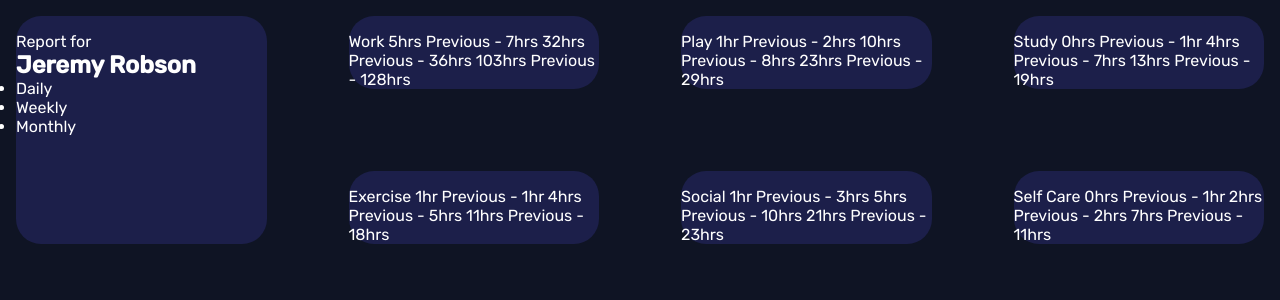
Repository: 3mr-5aled/time-tracking-dashboard-Junior
Page: index.html
The author's editor kept a copy of each file at every save. The page is drawn from the files as they stood at one save, then again after the next save.
The browser window is 1280 px wide. The pictures show the whole page.

Above is the page before, as saved 2022-12-27 15:36:28.

### index.html
<!DOCTYPE html>
<html lang="en">
  <head>
    <meta charset="UTF-8" />
    <meta name="viewport" content="width=device-width, initial-scale=1.0" />
    <!-- displays site properly based on user's device -->

    <link
      rel="icon"
      type="image/png"
      sizes="32x32"
      href="./images/favicon-32x32.png"
    />
    <link rel="stylesheet" href="style.css" />

    <title>Frontend Mentor | Time tracking dashboard</title>

    <!-- Feel free to remove these styles or customise in your own stylesheet 👍 -->
    <style>
      .attribution {
        display: none;
        font-size: 11px;
        text-align: center;
      }
      .attribution a {
        color: hsl(228, 45%, 44%);
      }
    </style>
  </head>
  <body>
    <div class="main">
      <div class="user">
        <p>Report for</p>
        <h2>Jeremy Robson</h2>
        <div class="filter">
          <ul>
            <li>Daily</li>
            <li>Weekly</li>
            <li>Monthly</li>
          </ul>
        </div>
      </div>
      <div class="work">
        Work 5hrs
        <!-- daily -->
        Previous - 7hrs
        <!-- daily -->
        32hrs
        <!-- weekly -->
        Previous - 36hrs
        <!-- weekly -->
        103hrs
        <!-- monthly -->
        Previous - 128hrs
        <!-- monthly -->
      </div>
      <div class="play">
        Play 1hr
        <!-- daily -->
        Previous - 2hrs
        <!-- daily -->
        10hrs
        <!-- weekly -->
        Previous - 8hrs
        <!-- weekly -->
        23hrs
        <!-- monthly -->
        Previous - 29hrs
        <!-- monthly -->
      </div>
      <div class="study">
        Study 0hrs
        <!-- daily -->
        Previous - 1hr
        <!-- daily -->
        4hrs
        <!-- weekly -->
        Previous - 7hrs
        <!-- weekly -->
        13hrs
        <!-- monthly -->
        Previous - 19hrs
        <!-- monthly -->
      </div>

      <div class="exercise">
        Exercise 1hr
        <!-- daily -->
        Previous - 1hr
        <!-- daily -->
        4hrs
        <!-- weekly -->
        Previous - 5hrs
        <!-- weekly -->
        11hrs
        <!-- monthly -->
        Previous - 18hrs
        <!-- monthly -->
      </div>

      <div class="social">
        Social 1hr
        <!-- daily -->
        Previous - 3hrs
        <!-- daily -->
        5hrs
        <!-- weekly -->
        Previous - 10hrs
        <!-- weekly -->
        21hrs
        <!-- monthly -->
        Previous - 23hrs
        <!-- monthly -->
      </div>
      <div class="selfCare">
        Self Care 0hrs
        <!-- daily -->
        Previous - 1hr
        <!-- daily -->
        2hrs
        <!-- weekly -->
        Previous - 2hrs
        <!-- weekly -->
        7hrs
        <!-- monthly -->
        Previous - 11hrs
        <!-- monthly -->
      </div>
    </div>
    <div class="attribution">
      Challenge by
      <a href="https://www.frontendmentor.io?ref=challenge" target="_blank"
        >Frontend Mentor</a
      >. Coded by <a href="#">3mr 5aled</a>.
    </div>
  </body>
</html>

### style.css
@import url("https://fonts.googleapis.com/css2?family=Rubik:wght@300;400;500&display=swap");

* {
  box-sizing: border-box;
  padding: 0;
  margin: 0;
  font-family: "Rubik", sans-serif;
}

:root {
  /* Primary colors */
  --blue: hsl(246, 80%, 60%);
  --light-red: hsl(15, 100%, 70%); /*(work)*/
  --soft-blue: hsl(195, 74%, 62%); /*(play)*/
  --light-red: hsl(348, 100%, 68%); /*(study)*/
  --lime-green: hsl(145, 58%, 55%); /*(exercise)*/
  --violet: hsl(264, 64%, 52%); /*(social)*/
  --soft-orange: hsl(43, 84%, 65%); /*(self care)*/

  /* Neutral colors */
  --very-dark-blue: hsl(226, 43%, 10%);
  --dark-blue: hsl(235, 46%, 20%);
  --desaturated-blue: hsl(235, 45%, 61%);
  --pale-blue: hsl(236, 100%, 87%);

  /* card font size */
  --fs-card: 18px;

  /* media quires */
  --mobile-view: 375px;
  --desktop-view: 1440px;
}

body {
  background-color: var(--very-dark-blue);
  color: white;
}

.main {
  display: grid;
  grid-template-columns: repeat(4, 1fr);
  grid-template-rows: repeat(2, 1fr);
  grid-template-areas:
    "user work play study"
    "user exercise social selfCare";
  grid-column-gap: 50px;
  grid-row-gap: 50px;
}

.user,
.work,
.play,
.study,
.exercise,
.social,
.selfCare {
  background: var(--dark-blue);
  border-radius: 25px;
  padding-top: 1rem;
  margin: 1rem;
}

.user {
  grid-area: user;
}
.work {
  grid-area: work;
}
.play {
  grid-area: play;
}
.study {
  grid-area: study;
}
.exercise {
  grid-area: exercise;
}
.social {
  grid-area: social;
}
.selfCare {
  grid-area: selfCare;
}

@media screen and (max-width: 375px) {
  .main {
    display: grid;
    grid-template-columns: 1fr;
    grid-template-rows: repeat(7, 1fr);
    grid-column-gap: 50px;
    grid-row-gap: 50px;
    grid-template-areas:
      "user"
      "work"
      "play"
      "study"
      "exercise"
      "social"
      "selfCare";
  }
}

After the next save:
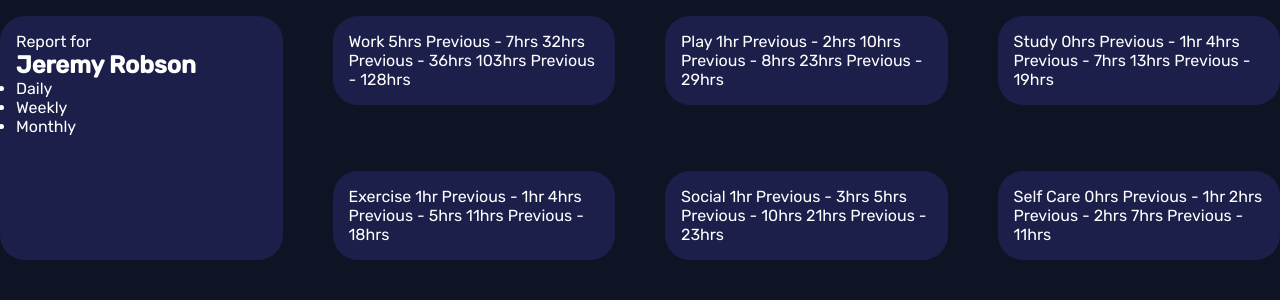
Saved 7 s later.
--- a/style.css
+++ b/style.css
@@ -56,8 +56,8 @@ body {
 .selfCare {
   background: var(--dark-blue);
   border-radius: 25px;
-  padding-top: 1rem;
-  margin: 1rem;
+  padding: 1rem;
+  margin-top: 1rem;
 }
 
 .user {
